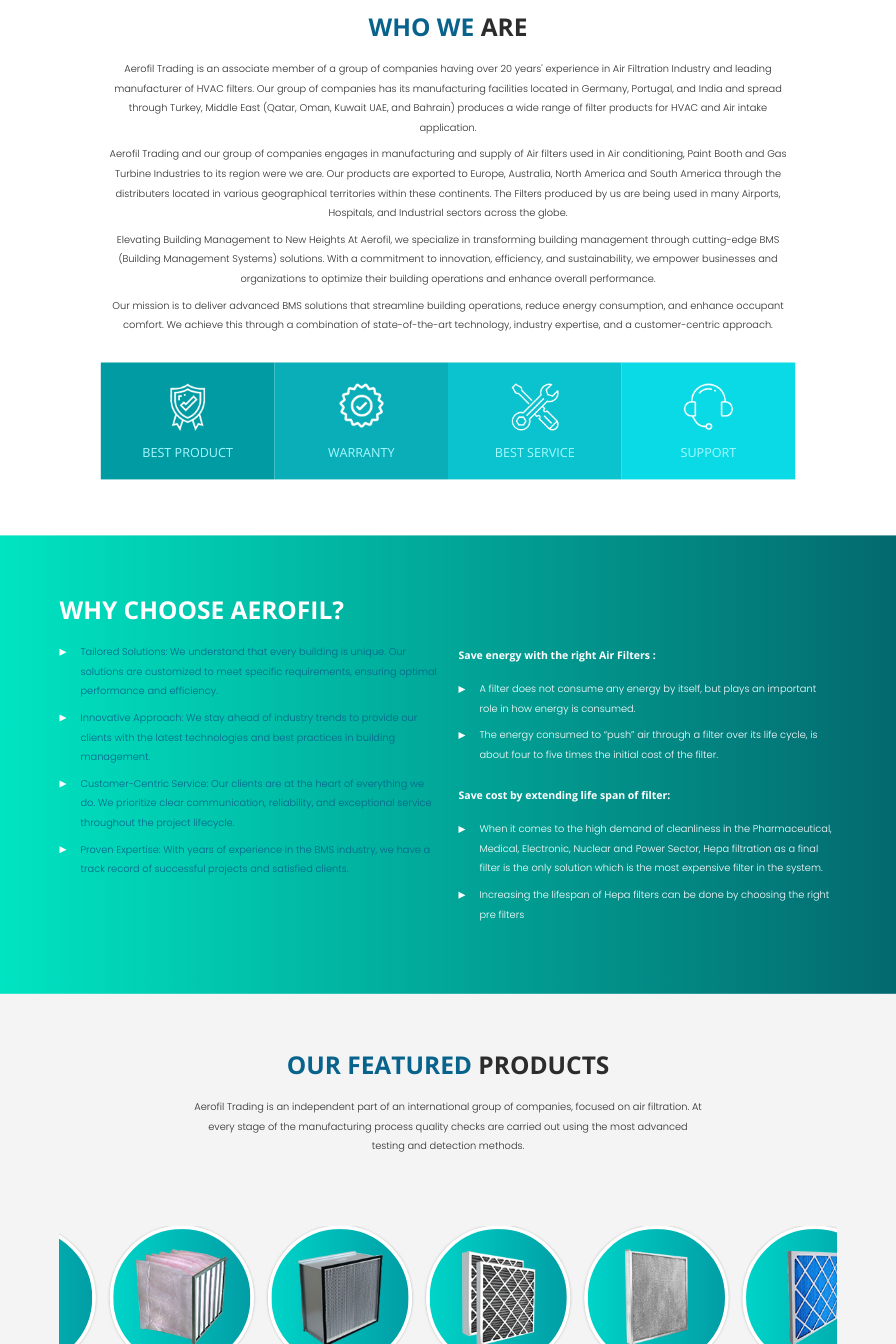
Repository: aslamvrtly/aerofil
Page: index.html
These files come from the project's save history. The page is drawn as it stood at one moment and after a run of saves; the edit follows.
The browser window is 1280 px wide. The pictures show the part of the page from y = 777 to 2697 px (the page is 5303 px tall), at 70% of full size.

Above is the page before, as saved 2024-09-04 21:06:17.

After the next 7 saves:
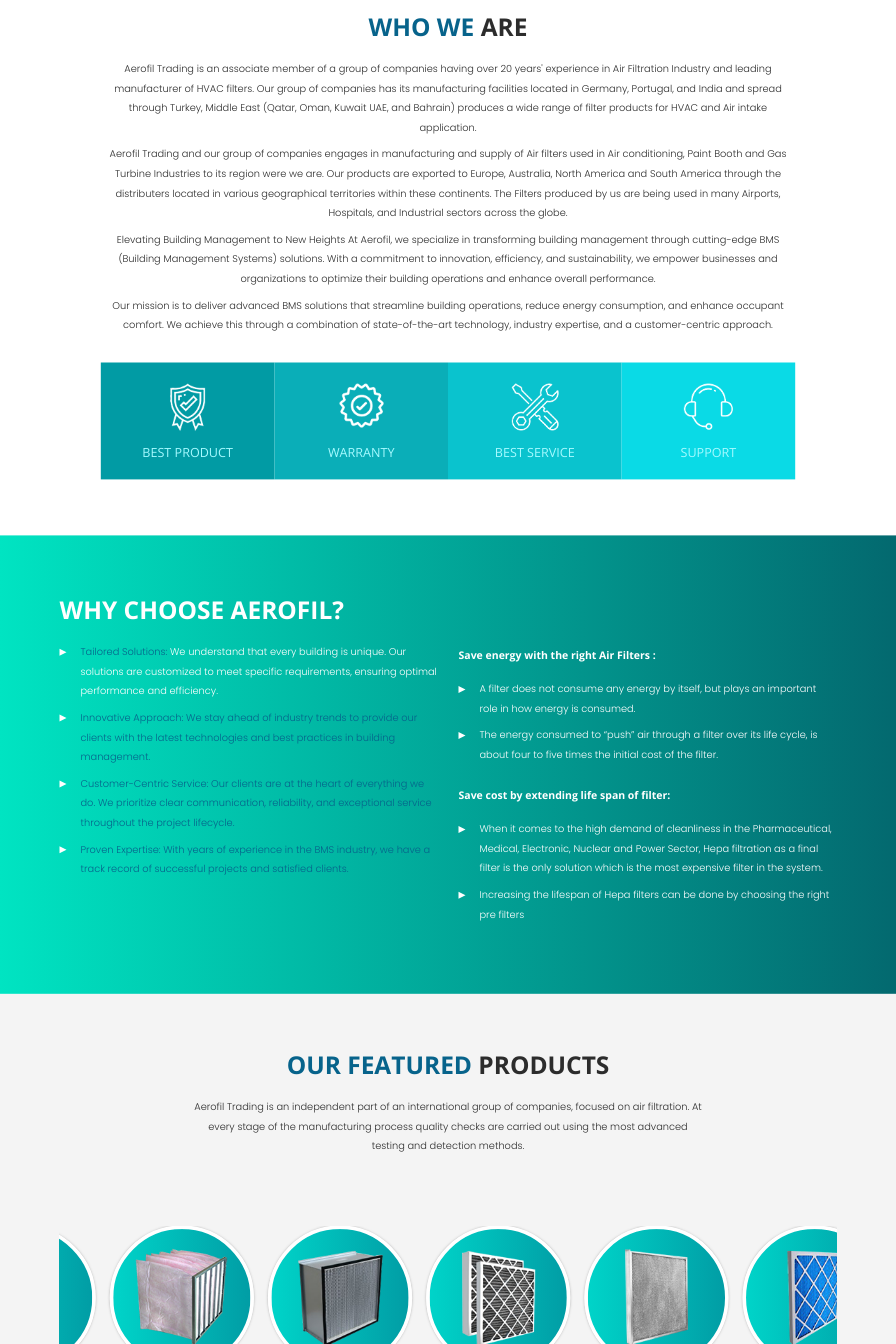
The 7 saves are shown as one change because they came seconds apart.
The last was saved 12 s later.
--- a/index.html
+++ b/index.html
@@ -237,7 +237,7 @@
                 <div class="col-md-6 aboutsec2">
                         <h2 class="text-uppercase">Why Choose Aerofil?</h2>
                         <ul>
-                            <li><span class="fw-bold">Tailored Solutions: We understand that every building is unique. Our solutions are customized to meet specific requirements, ensuring optimal performance and efficiency.
+                            <li><span class="fw-bold">Tailored Solutions:</span> We understand that every building is unique. Our solutions are customized to meet specific requirements, ensuring optimal performance and efficiency.
 							</li>
                             <li><span class="fw-bold">Innovative Approach: We stay ahead of industry trends to provide our clients with the latest technologies and best practices in building management.
 							</li>
